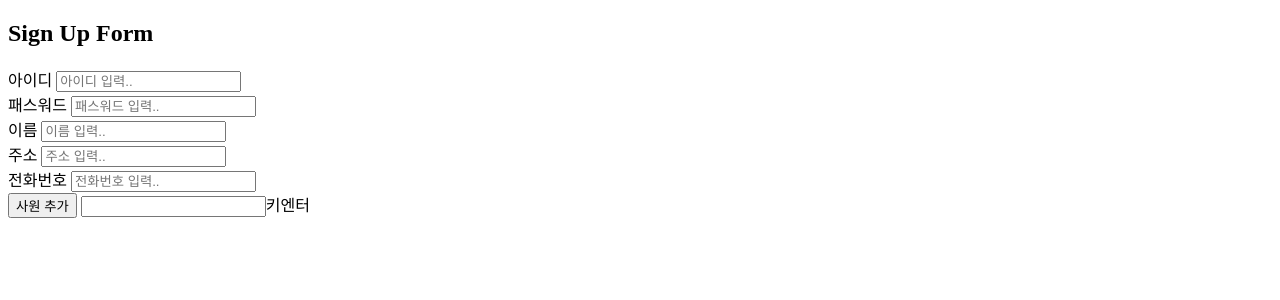
Repository: KangHoi/encore_vueWorkspace
Page: vue03_Event/WebContent/vue10_example.html
An editor plug-in stored every save of this project. The page is shown before and after the next save, followed by the edit.
The browser window is 1280 px wide. The pictures show the whole page.

Above is the page before, as saved 2021-07-13 01:48:21.

After the next save:
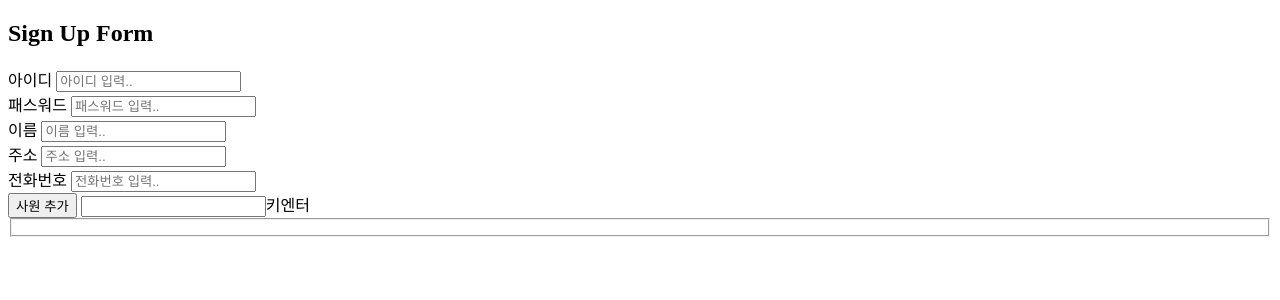
Saved 83 s later.
--- a/vue03_Event/WebContent/vue10_example.html
+++ b/vue03_Event/WebContent/vue10_example.html
@@ -35,6 +35,13 @@
 	</div>
 
 	<div id="signup-result">
+		<fieldset>
+		<span v-html="id"></span>
+		<span  v-html="password"></span>
+		<span v-html="name"></span>
+		<span v-html="address"></span>
+		<span v-html="phone"></span>
+		</fieldset>
 
 	</div>
 </section>
